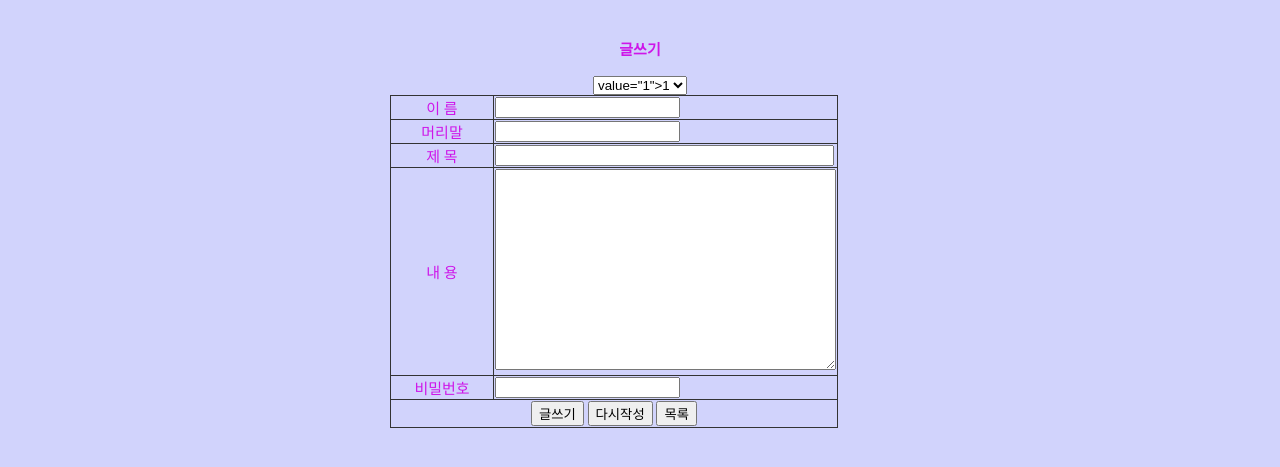
Repository: LouisKisaragi/BB-Bank
Page: http://localhost/freeboard/freeboard/writeForm.jsp
These files come from the project's save history. The page is drawn as it stood at one moment and after the next save; the edit follows.
The browser window is 1280 px wide. The pictures show the whole page.
The page is served by Tomcat 9. Other server files are loaded and not shown.

Above is the page before, as saved 2017-11-21 00:58:45.

### 이득건/publicFree/workspace/freeboard/WebContent/freeboard/writeForm.jsp
<%@ page language="java" contentType="text/html; charset=UTF-8"
    pageEncoding="UTF-8"%>
<%@ taglib prefix="c" uri="http://java.sun.com/jsp/jstl/core" %>
<!DOCTYPE html>
<html>
<head>
<meta http-equiv="Content-Type" content="text/html; charset=UTF-8">
<title>게시판</title>
<script src="${pageContext.request.contextPath }/freeboard/script.js"></script>
<link href="${pageContext.request.contextPath }/freeboard/css/style.css" rel="stylesheet" type="text/css"/>
<link href="${pageContext.request.contextPath}/freeboard/css/writeFormstyle.css" rel="stylesheet" type="text/css"/>
</head>
<body>
<section>
<article>
<b>글쓰기</b>
<br></br>
<form method="post" name="writeForm" action="${pageContext.request.contextPath}/board/writePro.do" onsubmit="return writeSave()">
<input type="hidden" name="num" value="${num}">
<input type="hidden" name="ref" value="${ref}">
<input type="hidden" name="step" value="${step}">
<input type="hidden" name="depth" value="${depth}">
<input type="hidden" name="bn" value="${bn}">

<select name="category" size="1">
	<option> value="1">1
	<option> value="2">2
	<option> value="3">3
</select>

<table class="board">
	<tr>
		<td class="attr">이 름</td>
		<td>
			<input type = "text" name="writer">
			</td>
		</tr>
		<tr>
			<td class="attr">머리말</td>
			<td>
				<input type="text" name="preface">
			</td>
		</tr>
		<tr>
			<td class="attr">제 목</td>
			<td>
			<c:if test="${num == 0}">
			<input class="input" type="text" name="subject">
			</c:if>
			<c:if test="${num != 0}">
			<input class="input" type="text" name="subject" >
			</c:if>
			</td>
		</tr>
		<tr>
			<td class="attr">내 용</td>
			<td>
				<textarea name="content" rows="13" cols="40"></textarea>
			</td>
		</tr>
		<tr>
			<td class="attr">비밀번호</td>
			<td>
				<input type="password" name="pass">
			</td>
		</tr>
		<tr>
			<td colspan="2" class="attr">
				<input type="submit" value="글쓰기">
				<input type="reset" value="다시작성">
				<input type="button" value="목록" OnClick="window.location='${pageContext.request.contextPath}/board/list.do'">
			</td>
		</tr>
</table>
</form>
</article>
</section>
</body>
</html>

### 이득건/publicFree/workspace/freeboard/WebContent/freeboard/script.js
function writeSave(){
	if(document.writeForm.writer.value == ""){
	alert("작성자를 입력하세요.");
	document.writeForm.writer.focus();
	return false;
	}
	if(document.writeForm.subject.value == ""){
	alert("제목을 입력하세요.");
	document.writeForm.subject.focus();
	return false;
	}
	if(document.writeForm.content.value == ""){
	alert("내용을 입력하세요.");
	document.writeForm.content.focus();
	return false;
	}
	if(document.writeForm.pass.value == ""){
	alert("비밀번호를 입력하세요.");
	document.writeForm.pass.focus();
	return false;
	}
}

### 이득건/publicFree/workspace/freeboard/WebContent/freeboard/css/style.css
@CHARSET "UTF-8";
body{
	background-color:#d1d3fc;
	font-size:15px;
	color: #ce16e9;
	text-align: center;
}
a:link {
	text-decoration:nonecolor:#696969;
}
a:hover {
	text-decoration:yescolor:#66ccff;
}
a:visted {
	text-decoration:noncolor:#330066;
}

### 이득건/publicFree/workspace/freeboard/WebContent/freeboard/css/writeFormstyle.css
@CHARSET "UTF-8";
section{
	padding-top: 30px;
	width:500px;
	margin: auto;
	left:0; top:0; righr:0; bottom:0;
}

.board{
	text-align:center;
	border-collapse:collapse;
}

.board td {
	border:1px solid #333;
	text-align:left;
	width:330px;
	hegith:30px;
	border:1px solid #333;
}
.board td .input{
	width:97%;
}
.board .attr{
	width: 100px;
	text-align:center;
}

After the next save:
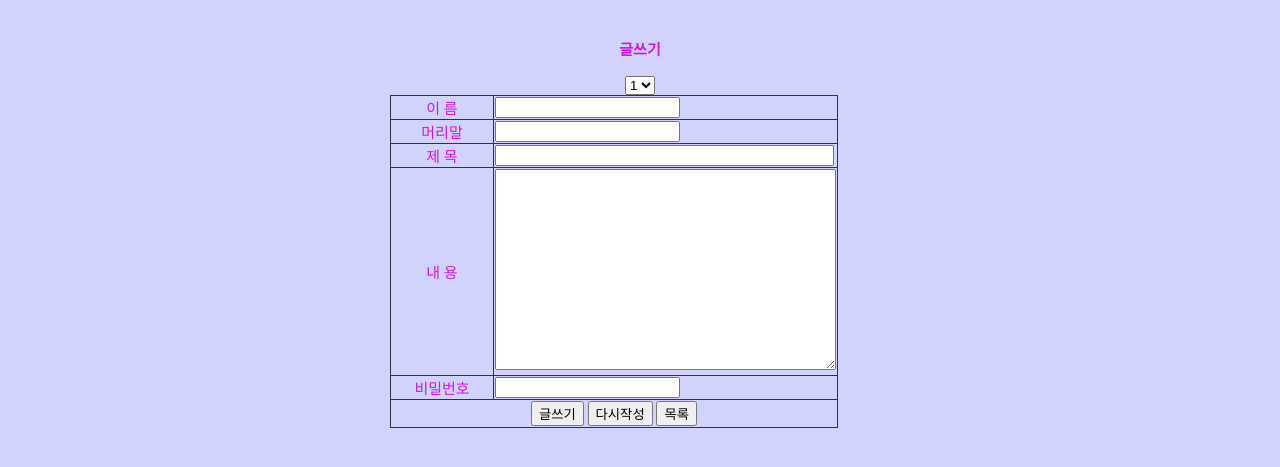
Saved 53 s later.
--- a/이득건/publicFree/workspace/freeboard/WebContent/freeboard/writeForm.jsp
+++ b/이득건/publicFree/workspace/freeboard/WebContent/freeboard/writeForm.jsp
@@ -23,9 +23,9 @@
 <input type="hidden" name="bn" value="${bn}">
 
 <select name="category" size="1">
-	<option> value="1">1
-	<option> value="2">2
-	<option> value="3">3
+	<option value="1">1
+	<option value="2">2
+	<option value="3">3
 </select>
 
 <table class="board">
